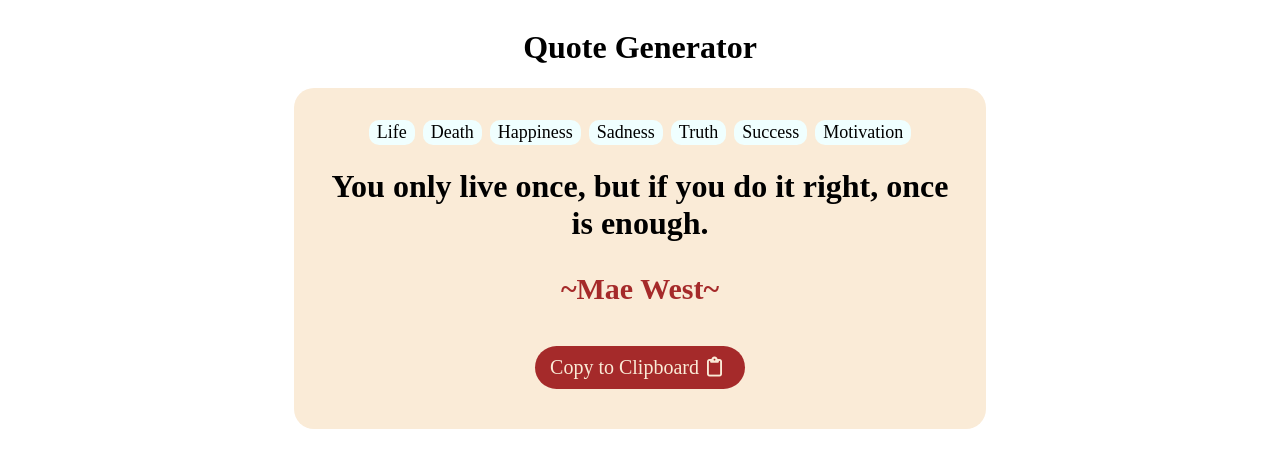
Repository: moehaymanmyint/Random-Quote-Generator
Page: index.html
These files come from the project's save history. The page is drawn as it stood at one moment and after the next save; the edit follows.
The browser window is 1280 px wide. The pictures show the whole page.
After loading, the first visible `input` was clicked once.
Some web fonts or font styles are not loaded; a fallback is used. Some web libraries are served in a nearby version.

Above is the page before, as saved 2024-11-07 23:00:37.

After the next save:
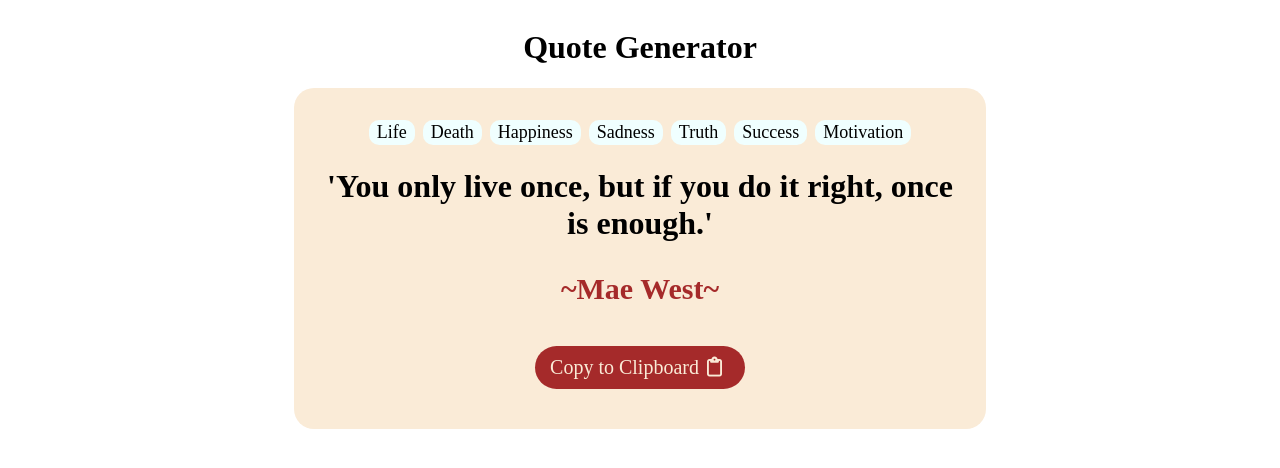
Saved 66 s later.
--- a/app.js
+++ b/app.js
@@ -62,7 +62,7 @@
         let randomQuote = quoteArr[Math.floor(Math.random() * quoteArr.length)];
         console.log(randomQuote);
 
-        quote.innerHTML = randomQuote.quote;
+        quote.innerHTML = "'" + randomQuote.quote + "'";
         author.innerHTML = "~" + randomQuote.author + "~";
     })
 });
